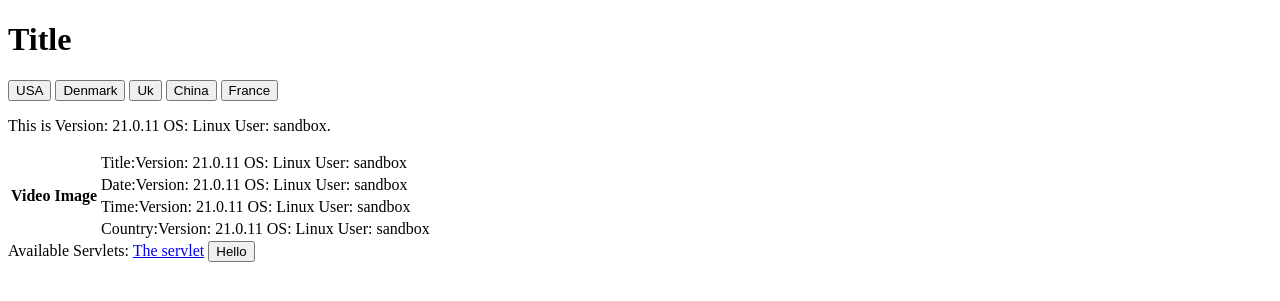
Repository: isauraAlmar/App-Engine-and-Internationalization-with-Java
Page: http://localhost/Marven/
The author's editor kept a copy of each file at every save. The page is drawn from the files as they stood at one save, then again after the next save.
The browser window is 1280 px wide. The pictures show the whole page.
Some web fonts or font styles are not loaded; a fallback is used. The page is served by Tomcat 9.

Above is the page before, as saved 2017-05-04 10:58:12.

After the next save:
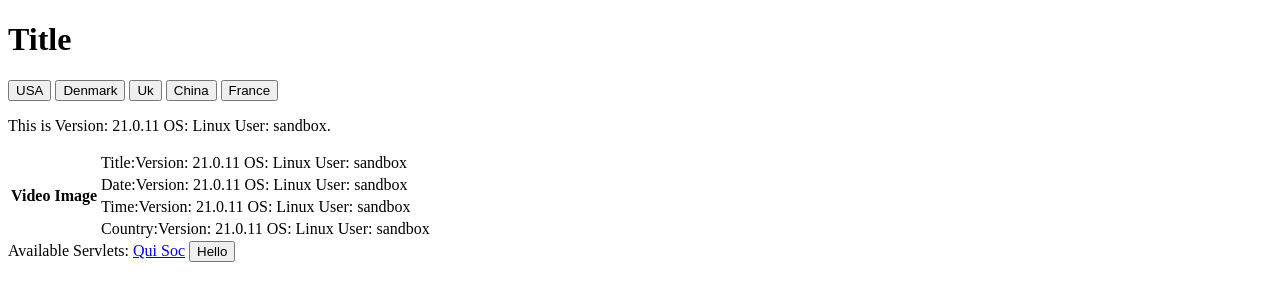
Saved 8 h 19 min later.
--- a/Marven/src/main/webapp/index.jsp
+++ b/Marven/src/main/webapp/index.jsp
@@ -56,7 +56,7 @@
       <td colspan="2" style="font-weight:bold;">Available Servlets:</td>
     </tr>
     <tr>
-      <td><a href='/hello'>The servlet</a></td>
+      <td><a href='/hello'>Qui Soc</a></td>
     </tr>
 
   </table>
